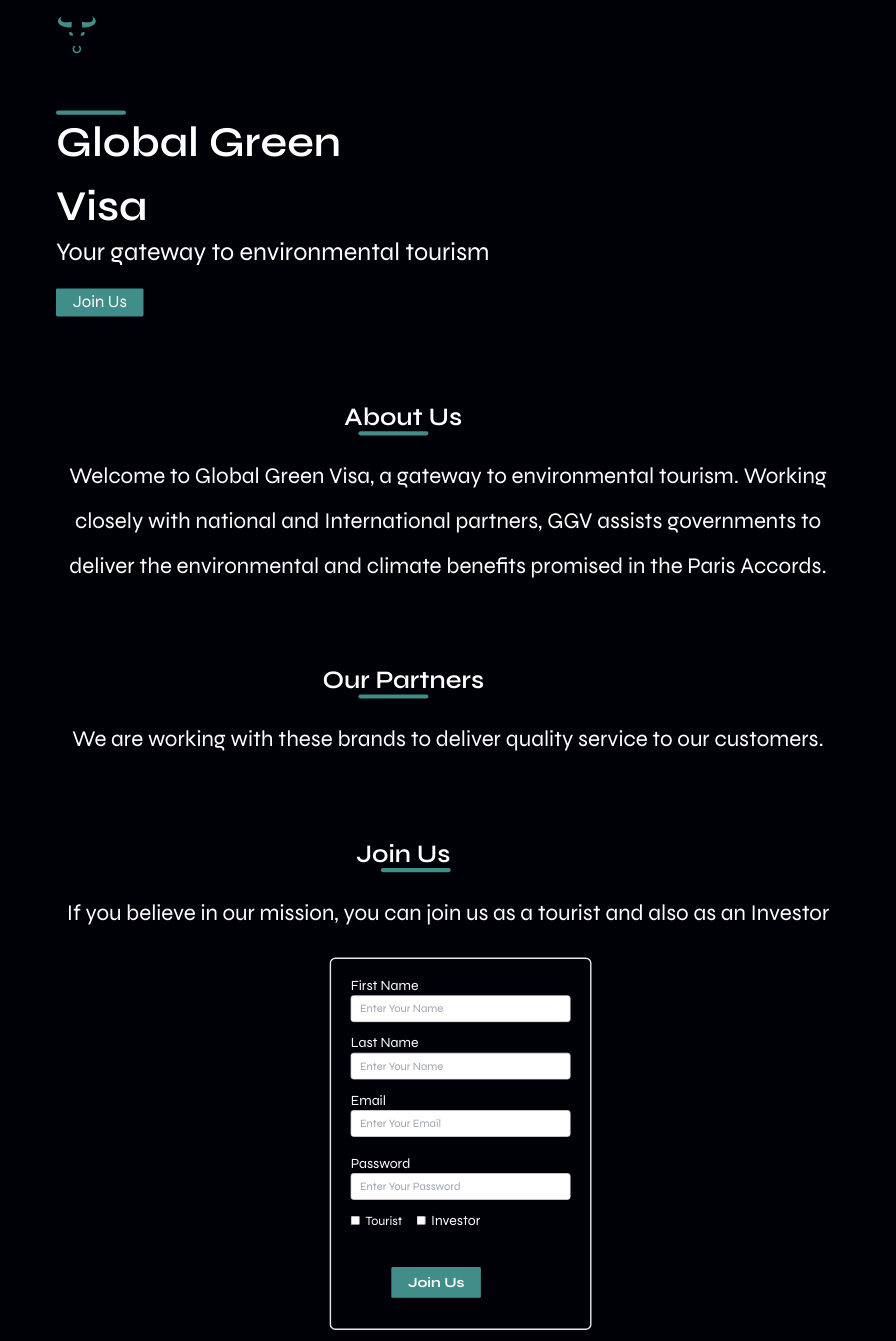
Repository: EngrAhmadUmar/landing-page
Page: /
The author's editor kept a copy of each file at every save. The page is drawn from the files as they stood at one save, then again after a run of saves.
The browser window is 1280 px wide. The pictures show the part of the page from y = 0 to 1920 px (the page is 1916 px tall before and 5593 px after), at 70% of full size.
The page's requests for data from a server got no answer. The project was rebuilt for these pictures with package versions that can differ from the ones it lists, and the page was loaded fresh each time. The framework's server and built-in components were replaced by stand-ins that run in the browser. No one was signed in, and anything a server would have sent is missing. Also part of the build but not shown: next.config.js.

Above is the page before, as saved 2022-07-12 09:05:15.

### pages/_app.js
import "../styles/globals.css";
import { ApolloClient, InMemoryCache, ApolloProvider } from "@apollo/client";

//apollo clients
const client = new ApolloClient({
  uri: "http://localhost:1337/graphql",
  cache: new InMemoryCache()
});

function MyApp({ Component, pageProps }) {
  return (
    <ApolloProvider client={client}>
      <Component {...pageProps} />
    </ApolloProvider>
  );
}

export default MyApp;

### pages/index.js
import React from "react";
import {
  HeroSection,
  About,
  JoinUs,
  Partners
} from "../src/Components/HomePageComponents/Index";

export default function Home() {
  return (
    <React.Fragment>
      <div className="bg-[#000107] font-syne">
        <HeroSection />
        <About />
        <Partners />
        <JoinUs />
      </div>
    </React.Fragment>
  );
}

### styles/globals.css
@import url("https://fonts.googleapis.com/css2?family=Poppins:wght@400;500;600&family=Syne:wght@400;500;600;700&display=swap");

@tailwind base;
@tailwind components;
@tailwind utilities;

### src/Components/HomePageComponents/Index.jsx
export { default as HeroSection } from "./HeroSection";
export { default as About } from "./About";
export { default as JoinUs } from "./JoinUs";
export { default as Partners } from "./Partners";

### src/Components/HomePageComponents/HeroSection.jsx
import Image from "next/image";
import Link from "next/link";
import styles from "../../../styles/Home.module.css";
import Head from "next/head";

const HeroSection = () => {
  return (
    <div className="text-white">
      <Head>
        <title>Welcome to GGV</title>
        <meta name="description" content="Welcome to GGV" />
      </Head>
      <div className="ml-[5rem] w-[60px] h-50 py-5">
        <Image src="/logo.svg" layout="responsive" width={5} height={5} />
      </div>
      <div className="ml-[5rem] mt-[8vh]">
        <h3
          className={`${
            styles.header
          } ${"min-w-[300px] max-w-[500px] font-semibold"}`}
        >
          Global Green Visa
        </h3>
        <p className="text-xl md:text-3xl lg:text-4xl">
          Your gateway to environmental tourism
        </p>
        <button className="bg-[#418d89] rounded-sm mt-8 mb-3 py-1">
          <Link href="#joinUs">
            <a className="p-6 text-xl md:text-2xl">Join Us</a>
          </Link>
        </button>
      </div>
    </div>
  );
};

export default HeroSection;

### src/Components/HomePageComponents/About.jsx
import styles from "../../../styles/Home.module.css";
import Head from "next/head";

const About = () => {
  return (
    <div className="font-syne text-white">
      <Head>
        <title>Welcome to GGV</title>
        <meta name="description" content="A little bit about Us" />
      </Head>
      <div className="mt-[7rem]">
        <div className="max-w-[90vw]">
          <h3 className="text-center text-4xl font-semibold">About Us</h3>
          <div className={`${styles.header} ${"text-center w-[80vw]"}`}></div>
        </div>

        <p className="text-center mt-8 px-4 leading-loose text-[1.3rem] md:text-[1.5rem] lg:text-[2rem] lg:px-[4rem]">
          Welcome to Global Green Visa, a gateway to environmental tourism.
          Working closely with national and International partners, GGV assists
          governments to deliver the environmental and climate benefits promised
          in the Paris Accords.{" "}
        </p>
      </div>
    </div>
  );
};

export default About;

### src/Components/HomePageComponents/Partners.jsx
import styles from "../../../styles/Home.module.css";

const Partners = () => {
  return (
    <div className="font-syne text-white">
      <div className="mt-[7rem]">
        <div className="max-w-[90vw]">
          <h3 className="text-center text-4xl font-semibold">Our Partners</h3>
          <div className={`${styles.header} ${"text-center w-[80vw]"}`}></div>
        </div>

        <p className="text-center mt-8 px-4 leading-loose text-[1.3rem] md:text-[1.5rem] lg:text-[2rem] lg:px-[4rem]">
          We are working with these brands to deliver quality service to our
          customers.{" "}
        </p>
      </div>
    </div>
  );
};

export default Partners;

### styles/Home.module.css
.header {
  position: relative;
  font-size: clamp(3.8rem, -0.875rem + 8.333vw, 3.5rem);
}

/* .headerContainer {
  max-width: 300px;
} */

.header::before {
  content: "";
  position: absolute;
  background: #418d89;
  width: 100px;
  height: 6px;
  border-radius: 40px;
  font-family: "Syne";
}

.bgImage {
  animation: fadeIn ease-out 2s both;
  /* animation-delay: 1.5s; */
}

.heroText {
  animation: slideUp 0.75s 0.5s cubic-bezier(0.17, 0.88, 0.32, 1.27) both,
    fadeIn -25s 0.5s ease-out both;
}

@keyframes slideUp {
  from {
    transform: translateY(500%);
  }
  to {
    transform: translateY(-10%);
  }
}

@keyframes fadeIn {
  from {
    opacity: 0;
  }
  to {
    opacity: 1;
  }
}

### src/Components/MainPageComponents/index.jsx
export { default as HeroSection } from "./HeroSection";
export { default as PlanningVisa } from "./PlanningVisa";
export { default as FeaturedDestination } from "./FeaturedDestinations";
export { default as AreasOfConservation } from "./AreasOfConservation";
export { default as Footer } from "./Footer";
export { default as About } from "./About";

### src/Components/MainPageComponents/HeroSection.jsx
import Image from "next/image";
import Link from "next/link";
import styles from "../../../styles/Home.module.css";
import Head from "next/head";

const HeroSection = () => {
  return (
    <div className="text-white h-[100vh] relative bg-[#000107]">
      <div
        className={`${"absolute h-[100vh] w-[100vw] -z-1 overflow-x-hidden bg-[rgba(0,0,0,0.1)] md:overflow-x-hidden"}`}
      >
        <Image
          src="/hero.jpg"
          layout="fill"
          objectFit="cover"
          quality={100}
          alt="hero"
          style={{
            backgroundColor: "rgba(0,0,0,0.1)",
            opacity: 0.6,
            overflow: "hidden"
          }}
        />
      </div>
      <div className={`${"absolute ml-[2rem] mt-[30vh] "} ${styles.heroText}`}>
        <h3 className="text-5xl md:text-[5.5rem]">GGV</h3>

        <h3 className="text-3xl md:text-5xl mt-3">
          Your gateway to environmental tourism
        </h3>
        {/* <p className="text-lg italic leading-5">
          Lorem ipsum dolor sit amet, consectetur adipiscing elit. Etiam eu
          turpis molestie, dictum est a, mattis tellus. Sed dignissim.
        </p> */}
        <Link href="/apply">
          <button className="mt-4 border-green border-[3px] rounded-md text-xl md:text-2xl font-semibold px-4 py-1 md:py-2">
            Apply for a Visa
          </button>
        </Link>
      </div>

      <div className="absolute bottom-2 ml-[3rem] flex gap-5 mb-2">
        <Image
          src="/visitRwanda.png"
          width={100}
          height={70}
          // style={{ marginBottom: "1.5rem" }}
          alt="visitRwanda"
        />

        <Image src="/rdb.png" width={200} height={100} alt="visitRwanda" />
      </div>
    </div>
  );
};

export default HeroSection;

### src/Components/MainPageComponents/PlanningVisa.jsx
import React from "react";
import styles from "../../../styles/Home.module.css";
import VisaDesc from "./VisaDesc";
const PlanningVisa = () => {
  return (
    <div className="font-syne flex justify-center bg-[#faf9f6]">
      <div className="max-w-[90vw] mt-[4rem] md:mt-0 ">
        <div className="">
          <h3
            className={`${
              styles.headings
            }  ${"text-center text-3xl lg:text-4xl  text-[#418D89] font-semibold"}`}
          >
            Planning for your Global Green Visa
          </h3>
        </div>
        <div className=" mt-16 grid grid-cols-1 gap-12 md:grid-cols-3">
          <VisaDesc
            title="Choose your destination"
            description="Lorem ipsum dolor sit amet, consectetur adipiscing elit."
            icon="/icons/location_icon.png"
          />
          <VisaDesc
            title="Pay the Visa"
            description="Lorem ipsum dolor sit amet, consectetur adipiscing elit."
            icon="/icons/pay_icon.png"
          />
          <VisaDesc
            title="Get a QR code"
            description="Lorem ipsum dolor sit amet, consectetur adipiscing elit."
            icon="/icons/bi_qr-code.png"
          />
        </div>

        <p className="text-center mt-8 px-4 leading-loose text-[1.3rem] md:text-[1.5rem] lg:text-[2rem] lg:px-[4rem]"></p>
      </div>
    </div>
  );
};

export default PlanningVisa;

### src/Components/MainPageComponents/FeaturedDestinations.jsx
import React from "react";
import DestinationCard from "./DestinationCard";
import { useQuery, gql } from "@apollo/client";
import gorillaLake from "../../../public/sample-pic.jpeg";
import fazhenda from "../../../public/fazhenda.jpg";
import gorilla from "../../../public/gorilla.jpg";
import akagera from "../../../public/akagera.jpg";

const featuredDestinations = gql`
  query GetfeaturedDestinations {
    futureDestinations {
      data {
        id
        attributes {
          title
          short_description
        }
      }
    }
  }
`;

// componentDidMount, ComponentDidUpdate, ComponentDIdRemove

const FeaturedDestinations = () => {
  try {
    const { loading, error, data } = useQuery(featuredDestinations);
    if (loading) return <p>Loading...</p>;
    if (error) {
      console.log("couldn't fetch");
      console.log(error);
    } else {
      destinations = data.futureDestinations.data;
    }
  } catch (error) {
    console.log("couldn't fetch");
    console.log(error);
  }

  return (
    <div className="bg-[#faf9f6] font-syne flex justify-center text-center">
      <div className="mt-[1rem] max-w-[90vw]">
        <div className="">
          <h3 className="text-3xl lg:text-4xl mt-[7rem] text-[#418D89] font-semibold">
            Explore featured destinations
          </h3>
        </div>
        <p className="mt-3 md:mt-4 text-center px-2 text-xl leading-loose ml-2 md:text-2xl md:leading-relaxed ">
          Lorem ipsum dolor sit amet consectetur adipisicing elit. Impedit id
          ullam omnis. Minus cupiditate at sit suscipit aperiam earum libero
          ipsa! Quaerat natus architecto nostrum aut vero, illo fuga qui?
        </p>

        <div className="grid grid-cols-1 p-2 gap-12 mt-[4rem] md:grid-cols-2 lg:grid-cols-3 ">
          {destinations.map((destination) => {
            return (
              <DestinationCard
                title={destination.title}
                image={destination.image}
                short_description={destination.short_description}
              />
            );
          })}
        </div>
        {/* We will uncomment this one just a litle bit later when we have the content for that page */}

        {/* <button className="bg-[#418d89] py-2 rounded-lg mt-8 mb-3">
          <Link href="#">
            <a className="px-8 py-1 text-lg md:text-2xl">see more</a>
          </Link>
        </button> */}
      </div>
    </div>
  );
};

let destinations = [
  {
    title: "Gorilla Lake in Gisenyi",
    image: "/sample-pic.jpeg",
    short_description:
      "Lorem ipsum dolor sit amet consectetur adipisicing elit. Impedit id ullam omnis. Minus cupiditate at sit suscipit aperiam earum libero ipsa! Quaerat natus architecto nostrum aut vero, illo fuga qui?"
  },
  {
    title: "Akagera National Park",
    image: "/akagera.jpg",
    short_description:
      "Lorem ipsum dolor sit amet consectetur adipisicing elit. Impedit id ullam omnis. Minus cupiditate at sit suscipit aperiam earum libero ipsa! Quaerat natus architecto nostrum aut vero, illo fuga qui?"
  },
  {
    title: "Fazhenda Sengha",
    image: "/fazhenda.jpg",
    short_description:
      "Lorem ipsum dolor sit amet consectetur adipisicing elit. Impedit id ullam omnis. Minus cupiditate at sit suscipit aperiam earum libero ipsa! Quaerat natus architecto nostrum aut vero, illo fuga qui?"
  },
  {
    title: "Gorilla Nest",
    image: "/gorilla.jpg",
    short_description:
      "Lorem ipsum dolor sit amet consectetur adipisicing elit. Impedit id ullam omnis. Minus cupiditate at sit suscipit aperiam earum libero ipsa! Quaerat natus architecto nostrum aut vero, illo fuga qui?"
  }
];

export default FeaturedDestinations;

### src/Components/MainPageComponents/AreasOfConservation.jsx
import React from "react";
import Head from "next/head";
import Image from "next/image";
import Link from "next/link";

const AreasOfConservation = () => {
  // const { loading, error, data } = useQuery(InvestmentAreas)
  // if (loading) return <p>Loading...</p>
  // if (error) {
  //   console.log(error)
  //   return <p>Couldn't fetch</p>
  // }

  // console.log(areas);

  return (
    <div className="bg-[#faf9f6] font-syne text-black flex flex-col justify-center items-center ">
      <div className="max-w-[90vw]">
        <Head>
          <title>Welcome to GGV</title>
          <meta name="description" content="A little bit about Us" />
        </Head>
        <div className="pt-[5rem]">
          <div className="max-w-[90vw]">
            <h3 className="text-center text-3xl lg:text-4xl text-[#418D89] font-semibold">
              Areas of Conservation
            </h3>
            {/* <div className={`${styles.header} ${"text-center w-[80vw]"}`}></div> */}
          </div>

          <p className="mt-3 md:mt-4 text-center px-2 text-xl leading-loose ml-2 md:text-2xl md:leading-relaxed ">
            At GGV we aim to conserve the environment via sustainable tourism.
            With every fee that you pay on the visa, it is directed to preserve
            the following areas.
          </p>
        </div>

        <div className="w-full flex flex-col justify-content items-center">
          <div className="grid grid-cols-1 p-2 gap-12 mt-[4rem] md:grid-cols-2 lg:grid-cols-3 ">
            {areas.map((area) => (
              <div
                key={area.id}
                className="w-full h-[35rem] md:w-[23rem] lg:w-[25rem]  p-2 rounded-xl transform transition-all hover:-translate-y-2 duration-300 shadow-lg hover:shadow-2xl"
              >
                <div className="p-2">
                  <Image
                    src={area.image}
                    alt=""
                    width={500}
                    // layout="fill"
                    height={300}
                  ></Image>
                  <h2 className="my-4 text-2xl font-bold xl:text-4xl max-w-[18rem]">
                    {area.title}
                  </h2>
                  <p className=" text-lg lg:text-xl leading-relaxed">
                    {area.short_description.substring(0, 200)}
                  </p>
                </div>
              </div>
            ))}
          </div>

          <button className="bg-[#418d89] py-2 rounded-lg mt-8 mb-3">
            <Link href="/register">
              <a className="px-10 text-lg md:text-xl lg:text-2xl">
                Apply for the Visa
              </a>
            </Link>
          </button>
        </div>
      </div>
    </div>
  );
};

let areas = [
  {
    title: "MegaFauna",
    image: "/an1.svg",
    short_description:
      "Lorem ipsum dolor sit amet consectetur adipisicing elit. Impedit id ullam omnis. Minus cupiditate at sit suscipit aperiam earum libero ipsa! Quaerat natus architecto nostrum aut vero, illo fuga qui?"
  },
  {
    title: "Water protection",
    image: "/an2.svg",
    short_description:
      "Lorem ipsum dolor sit amet consectetur adipisicing elit. Impedit id ullam omnis. Minus cupiditate at sit suscipit aperiam earum libero ipsa! Quaerat natus architecto nostrum aut vero, illo fuga qui?"
  },
  {
    title: "Bird Conservation",
    image: "/an3.svg",
    short_description:
      "Lorem ipsum dolor sit amet consectetur adipisicing elit. Impedit id ullam omnis. Minus cupiditate at sit suscipit aperiam earum libero ipsa! Quaerat natus architecto nostrum aut vero, illo fuga qui?"
  },
  {
    title: "Forest Restoration",
    image: "/an4.svg",
    short_description:
      "Lorem ipsum dolor sit amet consectetur adipisicing elit. Impedit id ullam omnis. Minus cupiditate at sit suscipit aperiam earum libero ipsa! Quaerat natus architecto nostrum aut vero, illo fuga qui?"
  }
];

export default AreasOfConservation;

### src/Components/MainPageComponents/Footer.jsx
import React from "react";
import Head from "next/head";
import Image from "next/image";
import Instagram from "../../../public/instagram.png";
import Twitter from "../../../public/twitter.png";
import LinkedIn from "../../../public/linkedin.png";

const Footer = () => {
  return (
    <div className="bg-[#faf9f6] text-center ">
      <div className="pt-[3rem] flex flex-col justify-center items-center">
        <Head>
          <title>Stay In Touch</title>
          <meta
            name="keywords"
            content="social media, stay in touch, reach out, ggv, global green visa"
          />
        </Head>
        <div className="px-8">
          <h1 className="text-3xl lg:text-4xl mt-[7rem] text-[#418D89] font-semibold ">
            Stay in touch
          </h1>
          <p className="text-center px-2 text-xl leading-loose md:text-2xl md:leading-relaxed ">
            Keep in touch with us on our social media pages
          </p>
        </div>

        <div className="flex justify-between gap-6 mt-[2.5rem]">
          <Image src={Instagram} alt="Instagram" width={46} height={46} />
          <Image src={Twitter} alt="Instagram" width={46} height={46} />
          <Image src={LinkedIn} alt="Instagram" width={46} height={46} />
        </div>
        <div className=" font-semibold flex justify-center items-center gap-3 mt-[3rem] mb-6">
          <div className="text-md border-solid border-2 rounded-full w-5 h-5 flex justify-center items-center border-black p-3">
            C
          </div>
          <div className="text-xs md:text-lg">All rights reserved 2022 GGV</div>
        </div>
      </div>
    </div>
  );
};

export default Footer;

### src/Components/MainPageComponents/About.jsx
const About = () => {
  return (
    <div className="bg-[#faf9f6] h-[20rem]">
      <div className="pt-[4rem] ">
        <h3 className="text-center text-3xl lg:text-4xl text-[#418D89] font-semibold">
          Why do you need a Global Green Visa
        </h3>
        <p className="mt-3 md:mt-4 text-center px-2 text-xl leading-loose ml-2 md:text-2xl md:leading-relaxed lg:px-[10rem]">
          Lorem ipsum dolor sit amet, consectetur adipiscing elit. Etiam eu
          turpis molestie, dictum est a, mattis tellus. Sed dignissim.Lorem
          ipsum dolor sit amet, consectetur adipiscing elit. Etiam eu turpis
          molestie, dictum est a, mattis tellus. Sed dignissim.
        </p>
      </div>
    </div>
  );
};

export default About;

### src/Components/MainPageComponents/VisaDesc.jsx
import Image from "next/image";

const VisaDesc = ({ title, description }) => {
  return (
    <section className="bg-white shadow-md rounded-[10px] text-black lg:h-[38rem]">
      <Image
        src="/img2.jpg"
        layout="responsive"
        width="300"
        height="250"
        style={{ borderRadius: "10px" }}
      />

      <div className="ml-3">
        <h5 className="mt-5 text-2xl font-semibold">{title}</h5>
        <p className="text-[1.2rem] mt-3 pb-[5rem] md:pb-2 md:text-xl lg:text-[1.3rem]">
          {description}
        </p>
      </div>
    </section>
  );
};

export default VisaDesc;

// this is the component which accepts the icon, title and the desc as props
/* Pay the Visa */

### src/Components/MainPageComponents/DestinationCard.jsx
import React from "react";
import Image from "next/image";

const DestinationCard = ({ image, title, short_description }) => {
  return (
    <div className="relative h-[50vh] w-full text-white bg-[#000107] rounded-lg lg:h-[45rem]">
      <Image
        className="rounded opacity-100"
        layout="fill"
        objectFit="cover"
        src={image}
        style={{ opacity: 0.7 }}
      />
      <div className="text-left absolute top-10 left-5">
        <h3 className="text-2xl font-bold xl:text-4xl max-w-[18rem]">
          {title}
        </h3>
        <p className="mt-4 text-lg lg:text-xl leading-relaxed">
          {short_description}
        </p>
      </div>
    </div>
  );
};

export default DestinationCard;

// this is the card which accepts the destination title etc as props and will be reused later in FeaturedDestination component

Loaded but not shown: tailwind.config.js (20 lines, source omitted); src/Components/HomePageComponents/JoinUs.jsx (133 lines, source omitted)

After the next 2 saves:
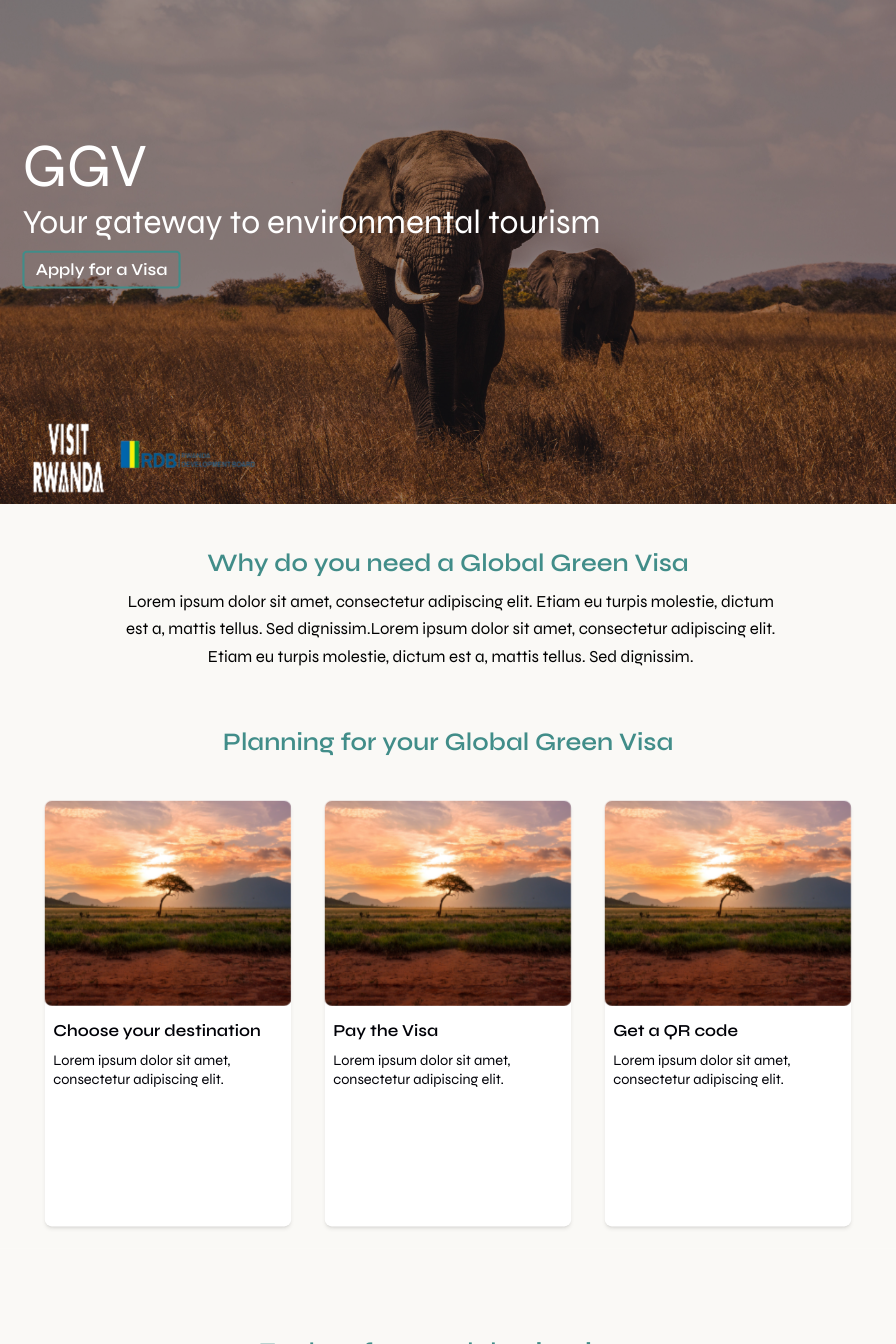
The 2 saves are shown as one change because 1 did not build or start.
The last was saved 31 s later.
--- a/pages/index.js
+++ b/pages/index.js
@@ -1,20 +1,60 @@
 import React from "react";
+import Head from "next/head";
+import { gql, ApolloClient, InMemoryCache } from "@apollo/client";
 import {
   HeroSection,
+  PlanningVisa,
+  FeaturedDestination,
   About,
-  JoinUs,
-  Partners
-} from "../src/Components/HomePageComponents/Index";
+  AreasOfConservation,
+  Footer
+} from "../src/Components/MainPageComponents";
 
-export default function Home() {
+export default function main({ areas }) {
   return (
     <React.Fragment>
-      <div className="bg-[#000107] font-syne">
+      <Head>
+        <title>Welcome to GGV</title>
+        <meta name="description" content="Welcome to GGV" />
+      </Head>
+      <div className=" font-syne">
         <HeroSection />
         <About />
-        <Partners />
-        <JoinUs />
+        <PlanningVisa />
+        <FeaturedDestination />
+        <AreasOfConservation />
+        <Footer />
       </div>
     </React.Fragment>
   );
 }
+
+// export async function getServerSideProps() {
+//   const client = new ApolloClient({
+//     uri: "http://localhost:1337/graphql",
+//     cache: new InMemoryCache()
+//   });
+
+//   const { data } = await client.query({
+//     query: gql`
+//       query GetInvestmentAreas {
+//         conservationAreas {
+//           data {
+//             id
+//             attributes {
+//               title
+//               short_description
+//             }
+//           }
+//         }
+//       }
+//     `
+//   });
+
+//   console.log("data", data);
+//   return {
+//     props: {
+//       areas: data.conservationAreas.data
+//     }
+//   };
+// }
